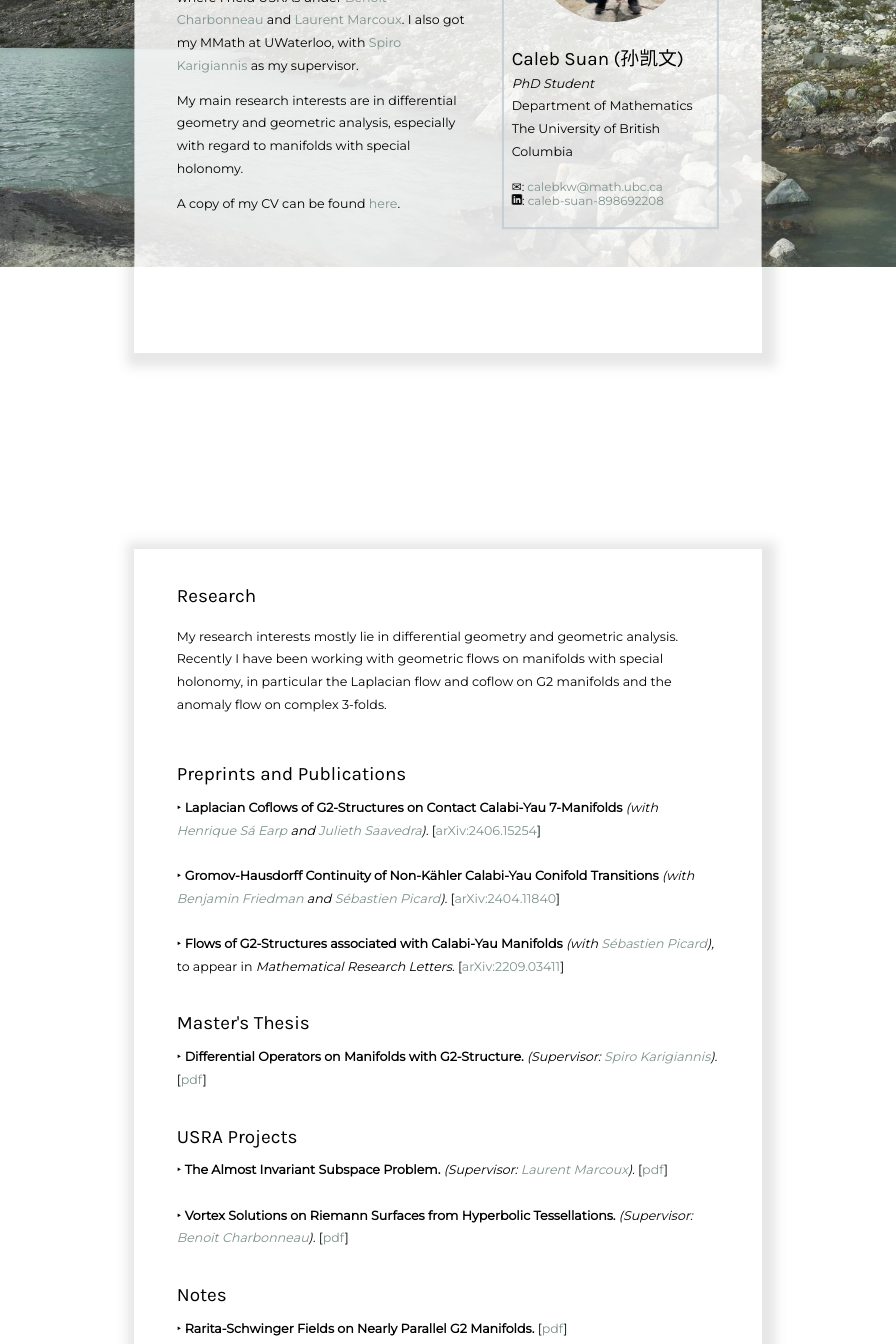
Repository: calebsuan/calebsuan.github.io
Page: index.html
An editor plug-in stored every save of this project. The page is shown before and after the next save, followed by the edit.
The browser window is 1280 px wide. The pictures show the part of the page from y = 339 to 2259 px (the page is 4128 px tall), at 70% of full size.

Above is the page before, as saved 2024-06-30 02:11:37.

### index.html
<!DOCTYPE html>
<html lang="en">
<head>
    <meta charset="UTF-8">
    <meta http-equiv="X-UA-Compatible" content="IE=edge">
    <meta name="viewport" content="width=device-width, initial-scale=1.0">
    <link rel="stylesheet" href="index.css">
    <title>Caleb Suan</title>
    <link rel="icon" type="image/x-icon" href="Duck.png">
</head>


<body>

    <div class="rect">

    </div>

    <div class="background">

        <img src="BI2.jpg" alt="Background" width="auto" height="100%">

    </div>


    <menu>

        <a class="Head3" id="aboutmenu" href="#about">

            About

        </a>

        <a class="Head3" id="researchmenu" href="#research">

            Research

        </a>

        <a class="Head3" id="othermenu" href="#other">

            Other

        </a>

    </menu>


    <div class="midContainer">

        <about class="center" id="about">

            <div class="gap">

            </div>

            <div class ="inner">

                <div class="rightbox sidePanel">

                    <div class="picborder">

                        <img src="PP.jpg" alt="Snoop Snop" width="100%" height="auto">

                    </div>

                    </br>

                    <div class="wordbox Head3">

                        <div class="Head1">

                            Caleb Suan (孙凯文)

                        </div>

                        <div class="Head2">

                            <i>PhD Student</i>

                            </br>

                        </div>

                        <div class="Head4">

                            Department of Mathematics

                            </br>

                            The University of British Columbia

                            </br>
                        </div>

                        </br>

                        &#x2709;:
                        <a href="mailto:calebkw@math.ubc.ca">calebkw@math.ubc.ca</a>

                        <br>

                        <img src="LI.png" alt="LinkedIn Logo" width="14.75vw" height="100%">:
                        <a href="https://www.linkedin.com/in/caleb-suan-898692208/" target="_blank">caleb-suan-898692208</a>

                    </div>

                </div>


                <div class="leftbox Head4">

                    <div class="Head1">

                        About Me

                    </div>

                    <p>

                        I am a PhD student studying mathematics at the University of British Columbia under the supervision of
                        <a href="https://personal.math.ubc.ca/~spicard/" target="_blank">S&eacute;bastien Picard</a>.
                        I obtained my BMath from the University of Waterloo, where I held USRAs under
                        <a href="http://www.math.uwaterloo.ca/~bcharbon/" target="_blank">Benoit Charbonneau</a> and
                        <a href="http://www.math.uwaterloo.ca/~lwmarcou/" target="_blank">Laurent Marcoux</a>.
                        I also got my MMath at UWaterloo, with
                        <a href="https://www.math.uwaterloo.ca/~karigian/index.html" target="_blank">Spiro Karigiannis</a> as my supervisor.

                    </p>

                    <p>

                        My main research interests are in differential geometry and geometric analysis, especially with regard to manifolds with special holonomy.

                    </p>

                    <p>

                        A copy of my CV can be found
                        <a href="Caleb_Suan_CV_Jun_2024.pdf" target="_blank">here</a>.

                    </p>


                </div>

            </div>

        </about>


        <research class="center" id="research">

            <div class="gap">

            </div>

            <div class="inner">

                <div class ="wordbox Head4">

                    <div class="Head1">

                        Research

                    </div>

                    <p>

                        My research interests mostly lie in differential geometry and geometric analysis.
                        Recently I have been working with geometric flows on manifolds with special holonomy, in particular the Laplacian flow and coflow on G2 manifolds and the anomaly flow on complex 3-folds.

                    </p>

                    </br>

                    <div class="pubs">

                        <div class="Head1">

                            Preprints and Publications

                        </div>

                        <div class="item">

                            &#8227; <b>Laplacian Coflows of G2-Structures on Contact Calabi-Yau 7-Manifolds</b> <i>(with
                            <a href="https://www.ime.unicamp.br/~hqsaearp/" target="_blank">Henrique S&aacute; Earp</a> and
                            <a href="https://sites.google.com/view/website-julieth-saavedra" target="_blank">Julieth Saavedra</a>).</i>
                            [<a href="https://arxiv.org/abs/2406.15254" target="_blank">arXiv:2406.15254</a>]

                        </div>

                        </br>

                        <div class="item">

                            &#8227; <b>Gromov-Hausdorff Continuity of Non-K&auml;hler Calabi-Yau Conifold Transitions</b> <i>(with
                            <a href="https://personal.math.ubc.ca/~benji/" target="_blank">Benjamin Friedman</a> and
                            <a href="https://personal.math.ubc.ca/~spicard/" target="_blank">S&eacute;bastien Picard</a>).</i>
                            [<a href="https://arxiv.org/abs/2404.11840" target="_blank">arXiv:2404.11840</a>]

                        </div>

                        </br>

                        <div class="item">

                            &#8227; <b>Flows of G2-Structures associated with Calabi-Yau Manifolds</b> <i>(with
                            <a href="https://personal.math.ubc.ca/~spicard/" target="_blank">S&eacute;bastien Picard</a>),</i> to appear in <i>Mathematical Research Letters</i>.
                            [<a href="https://arxiv.org/abs/2209.03411" target="_blank">arXiv:2209.03411</a>]

                        </div>

                    </div>

                    </br>

                    <div class="pubs">

                        <div class="Head1">

                            Master's Thesis

                        </div>

                        <div class="item">

                            &#8227; <b>Differential Operators on Manifolds with G2-Structure.</b> <i>(Supervisor:
                            <a href="https://www.math.uwaterloo.ca/~karigian/index.html" target="_blank">Spiro Karigiannis</a>).</i>
                            [<a href="Differential Operators on Manifolds with G2-Structure.pdf" target="_blank">pdf</a>]

                        </div>

                    </div>

                    </br>

                    <div class="pubs">

                        <div class="Head1">

                            USRA Projects

                        </div>

                        <div class="item">

                            &#8227; <b>The Almost Invariant Subspace Problem.</b> <i>(Supervisor:
                            <a href="http://www.math.uwaterloo.ca/~lwmarcou/" target="_blank">Laurent Marcoux</a>).</i>
                            [<a href="The Almost Invariant Subspace Problem.pdf" target="_blank">pdf</a>]

                        </div>

                        </br>

                        <div class="item">

                            &#8227; <b>Vortex Solutions on Riemann Surfaces from Hyperbolic Tessellations.</b> <i>(Supervisor:
                            <a href="http://www.math.uwaterloo.ca/~bcharbon/" target="_blank">Benoit Charbonneau</a>).</i>
                            [<a href="Vortex Solutions on Riemann Surfaces from Hyperbolic Tessellations.pdf" target="_blank">pdf</a>]

                        </div>

                    </div>

                    </br>

                    <div class="pubs">

                        <div class="Head1">

                            Notes

                        </div>

                        <div class="item">

                            &#8227; <b>Rarita-Schwinger Fields on Nearly Parallel G2 Manifolds.</b>
                            [<a href="Rarita_Schwinger Fields on Nearly Parallel G2 Manifolds.pdf" target="_blank">pdf</a>]

                        </div>

                    </div>

                    </br>

                    <div class="pubs">

                        <div class="Head1">

                            Talks

                        </div>

                        <div class="item">

                            &#8227; <b>Gromov-Hausdorff Continuity of Non-K&auml;hler Calabi-Yau 3-Folds.</b>
                            <a href="https://www.crmath.ca/en/activities/#/type/activity/id/3894" target="_blank">CRM Workshop: Special Riemannian Geometries in Dimensions 6, 7, 8.</a>
                            [<a href="CRM_Talk.pdf" target="_blank">Slides</a>]

                        </div>

                        </br>

                        <div class="item">

                            &#8227; <b>Flows of G2 Structures associated to Calabi-Yau Manifolds.</b>
                            <a href="https://generalizedricciflow.wordpress.com/" target="_blank">UC-Irvine Generalized Ricci Flow Learning Seminar</a>
                            [<a href="https://www.youtube.com/watch?v=NHWo60-CuSs" target="_blank">Video</a>,
                            <a href="UC_I_GRF_Learning_Seminar_Talk.pdf" target="_blank">Slides</a>]

                        </div>

                        </br>

                        <div class="item">

                            &#8227; <b>Flows of G2 Structures associated to Calabi-Yau Manifolds.</b>
                            <a href="https://www.birs.ca/events/2023/5-day-workshops/23w5006" target="_blank">BIRS Workshop: Spinorial and Octonionic Aspects of G2 and Spin(7) Geometry.</a>
                            [<a href="https://www.birs.ca/events/2023/5-day-workshops/23w5006/videos/watch/202305311100-Suan.html" target="_blank">Video</a>,
                            <a href="BIRS_Talk.pdf" target="_blank">Slides</a>]

                        </div>

                    </div>

                </div>

            </div>

        </research>


        <other class="center" id="other">

            <div class="gap">

            </div>

            <div class="inner">

                <div class ="wordbox Head4">

                    <div class="Head1">

                        Other

                    </div>

                    <p>

                        I do other things, like bouldering and playing way too many board games.

                    </p>

                    <div class="pubs">

                        <div class="Head1">

                            Some Board Games I Like

                        </div>

                        <div class="item">

                            <p>

                                &#8227; Arkham Horror: The Card Game

                            </p>

                            <p>

                                &#8227; Brass: Birmingham

                            </p>

                            <p>

                                &#8227; Tzolk'in: The Mayan Calendar

                            </p>

                            <p>

                                &#8227; Great Western Trail (Second Edition)

                            </p>

                            <p>

                                &#8227; Tekhenu: Obelisk of the Sun

                            </p>

                            <p>

                                &#8227; Teotihuacan: City of Gods

                            </p>

                            <p>

                                &#8227; Letter Jam

                            </p>

                            <p>

                                &#8227; Spirit Island (with Branch and Claw and Jagged Earth Expansions)

                            </p>

                            <p>

                                &#8227; Neta-Tanka

                            </p>

                            <p>

                                &#8227; Sidereal Confluence: Trading and Negotiation in the Elysian Quadrant

                            </p>

                        </div>

                    </div>

                    <div class="pubs">

                        <div class="Head1">

                            Links

                        </div>

                        <div class="item">

                            BoardGameGeek: <a href="https://boardgamegeek.com/user/caleskws" target="_blank">caleskws</a>

                        </div>

                    </div>

                </div>

            </div>

        </other>

        <div class="footr Head5">

            &#129414; &#x1F9A5; &#x1F9A6; &#x1F994;

            <br>

            Website designed by Caleb Suan and Amy Tan

            <br>

            Last Updated on June 26, 2024 by Caleb Suan

        </div>

    </div>

</body>

</html>

### index.css
@import url('https://fonts.googleapis.com/css2?family=Karla:ital,wght@0,400;0,500;1,400&display=swap');
@import url('https://fonts.googleapis.com/css2?family=Montserrat&display=swap');

*{
    overflow-x: hidden;
}

html {
    scroll-behavior: smooth;
  }


body{
    margin: 0px;
    font-family: 'Montserrat', sans-serif;
}

.rect{
    width: 100%;
    overflow-x: hidden;
    top: 0px;
    height: 60px;
    position: fixed;
    background-color:#000000d3;
    z-index: 5;
    opacity: 0%;
}


.background{
    height:100%;
    width:auto;
    position:fixed;
    opacity: 90%;
}

.left {

    right: none;
    left: 0px;

}

.right {

    right: 0px;
    left: none;

}

.rightbox{
    width: 36.5%;
    height: auto;
    right: 3.5%;
    position: relative;
    float: right;
}
.leftbox{
    width: 49.5%;
    height: auto;
    left: 3.5%;
    position: relative;
    float: left;
}

.Container {

    margin: 0px;
    padding-top: 70px;
    height: 100%;

    width: 18vw;
    position: fixed;
    color:aliceblue;

    z-index: 7;

}

.midContainer {

    display: block;
    height: auto;
    width: 70%;

    margin-left: auto;
    margin-right: auto;
    position: relative;

    overflow-x: visible;

}

/* font size big (1) to small (4)*/
.Head1{

    font-size: 27px;
    font-family: 'Karla', sans-serif;
    margin-top: 8px;
    margin-bottom: 8px;
}

.Head2{

    font-size:18px;
    margin-top: 5px;
    margin-bottom: 5px;

}

.Head3{

    font-size: 17px;
    margin-top: 3px;
    margin-bottom: 3px;

}

.Head4{

    font-size: min(max(2vw,12px),18px);
    margin-top: 3px;
    margin-bottom: 3px;
    font-family: 'Montserrat', sans-serif;
    line-height: 1.8;

}

.Head5{

    font-size: min(max(2vw,9.5px),18px);
    margin-top: 3px;
    margin-bottom: 3px;
    font-family: 'Montserrat', sans-serif;
    line-height: 1.8;

}

/* components */

menu{
    position: fixed;
    z-index: 7;
}

menu a{
    display: block;
    width: 100px;
    height: 20px;
    padding: 10px;
    color: #323f3c;
    text-align: center;
    position: absolute;
}

menu a:link{
    text-decoration: none;
}
menu a:visited{
    text-decoration: none;
}
menu a:hover{
    text-decoration: none;
}
menu a:active{
    text-decoration: none;
}

menu a:hover{
    color: #85745a;
    opacity: 100%;
}

#aboutmenu{
    top: 95px;
    right: 85vw;
    position: fixed;
}

#researchmenu{
    top: 135px;
    right: 85vw;
    position: fixed;
}

#othermenu{
    top: 175px;
    right: 85vw;
    position: fixed;
}


.center{
    margin-left: auto;
    margin-right: auto;
    width: 100%;
    height: auto;
    min-height: 700px;
    position: relative;
}

.inner{
    display: block;
    margin-left: auto;
    margin-right: auto;
    height: auto;
    min-height: 700px;
    position: relative;
    padding: 3.5% 3.5% 3.5% 3.5%;
    background-color: rgba(255, 255, 255, 0.856);
    margin-bottom: 200px;
    box-shadow: 5px 5px 15px 15px rgba(94, 89, 89, 0.144);
}

.inner a:link{
    color: #7f928d;
    text-decoration: none;
}
.inner a:visited{
    color: #85745a;
    text-decoration: none;
}
.inner a:hover{
    color: #17240efa;
    text-decoration: none;
}
.inner a:active{
    text-decoration: none;
}

.picborder{
    display: block;
    min-width: 200px;
    min-height: 200px;
    max-width: 320px;
    max-height: 320px;
    width: 18vw;
    height: 18vw;
    overflow: hidden;
    margin-left: auto;
    margin-right: auto;
    border-radius: 50%;
    z-index: 4;
}

.wordbox{
    position: relative;
    width: 93%;
    padding-left: 3.5%;
    padding-right: 3.5%;
    height: auto;
}

.sidePanel{
    border-style: solid;
    border-color:#c2ccd5d7;
    border-width: 3px;
    padding-top: 2vw;
    padding-bottom: 2vw;
}

.gap {
    min-height: 80px;
    width: 100%;
    position: relative;
    opacity:0%;
    z-index: 0;
}


.footr{
    width: 100%;
    overflow-x: hidden;
    height: auto;
    margin-bottom: 30px;
    position: relative;
    background-color:#a7b8bf00;
    z-index: 5;
    color: #e7dfd4;
    text-align: center;
}


/* ------------------------------------------------


RESPONSIVE LAYOUT



--------------------------------------------------*/

@media only screen and (max-width: 1000px) {


    .rect{
        opacity: 100%;
        z-index: 5;
    }

    .rightbox{
        display: block;
        float: none;
        width: 93%;
        left: 0px;
        right: 0px;
        margin-left: auto;
        margin-right: auto;
    }
    .leftbox{
        float: left;
        width: 93%;
    }

    .Container {
        margin: 0px;
        padding-top: 70px;
        height: 100%;
        background-color: #17240e00;
        width: 8vw;
        position: fixed;
        color:aliceblue;
        z-index: 5;
        overflow: visible;
    }

    .midContainer {

        width: 80%;


    }

    /* components */

    menu a{
        display: block;
        width: 70px;
        color: white;
        text-align: center;
        position: absolute;
        font-size: min(0.5vw, 20px);
        z-index: 7;
    }

    menu a:link{
        text-decoration: none;
    }
    menu a:visited{
        text-decoration: none;
    }
    menu a:hover{
        text-decoration: none;
    }
    menu a:active{
        text-decoration: none;
    }

    menu a:hover{
        color: #85745a;
        opacity: 100%;
    }

    #aboutmenu{
        top: 10px;
        left: 14vw;
        position: fixed;
    }

    #researchmenu{
        top: 10px;
        left: 24vw;
        position: fixed;
    }

    #othermenu{
        top: 10px;
        left: 34vw;
        position: fixed;
    }


    .inner{
        padding: 3.5% 3.5% 3.5% 3.5%;
    }

    .picborder{
        display: block;
        min-width: 200px;
        min-height: 200px;
        max-width: 320px;
        max-height: 320px;
        width: 26vw;
        height: 26vw;
        overflow: hidden;
        border-radius: 50%;
        position:absolute;
        right: 3.5%;
    }

    .wordbox{
        display: block;
        position: relative;
        height: auto;
    }

    .sidePanel{
        border-style: solid;
        border-color:#c2ccd5d7;
        border-width: 3px;
        padding-top: 2vw;
        padding-bottom: 2vw;
        max-height: 320px;
        min-height: 220px;
        height: 26vw;
    }

    .gap {
        min-height: 120px;
    }


}



/*-----------------------------------------------------

Mobile Responsive

-----------------------------------------------------*/

@media only screen and (max-width: 760px) {


    .rect{
        opacity: 0%;
    }

    .Container {
        background-color: #17240efa;
        width: 0vw;
    }

    .midContainer {

        width: 80%;


    }

    .picborder{
        left: 0px;
        right: 0px;
        position: relative;
        height: 40vw;
        width: 40vw;
        margin-top: 2vw;
        margin-left: auto;
        margin-right: auto;
        max-height: 200px;
        max-width: 200px;
    }

    .wordbox{
        position: relative;
    }


    .sidePanel{
        border-style: solid;
        border-color:#c2ccd5d7;
        border-width: 3px;
        padding-top: 2vw;
        padding-bottom: 2vw;
        max-height: 500px;
        min-height: 420px;
        height: 60vw;
        max-width: 80vw;
    }


    menu a{
        display: block;
        width: 8vw;
        padding: 10px;
        margin: 3px;
        color:#17240efa;
        text-align: right;
        position: absolute;
        margin-right: 1px;
        margin-left: auto;
        background-color: rgba(255, 255, 255, 0);
        padding-top: 30px;
        padding-bottom: 30px;
        left: -15px;
        font-size: min(0.5vw, 20px);
        opacity: 0%;
    }

    menu a:link{
        text-decoration: none;
    }
    menu a:visited{
        text-decoration: none;
    }
    menu a:hover{
        text-decoration: none;
    }
    menu a:active{
        text-decoration: none;
    }

    menu a:hover{
        color: #85745a;
        opacity: 0%;
    }

    .gap{
        min-height: 30px;
        height: 30px;
        width: 100%;
    }

    .inner{
        margin-bottom: 40px;
    }


}

After the next save:
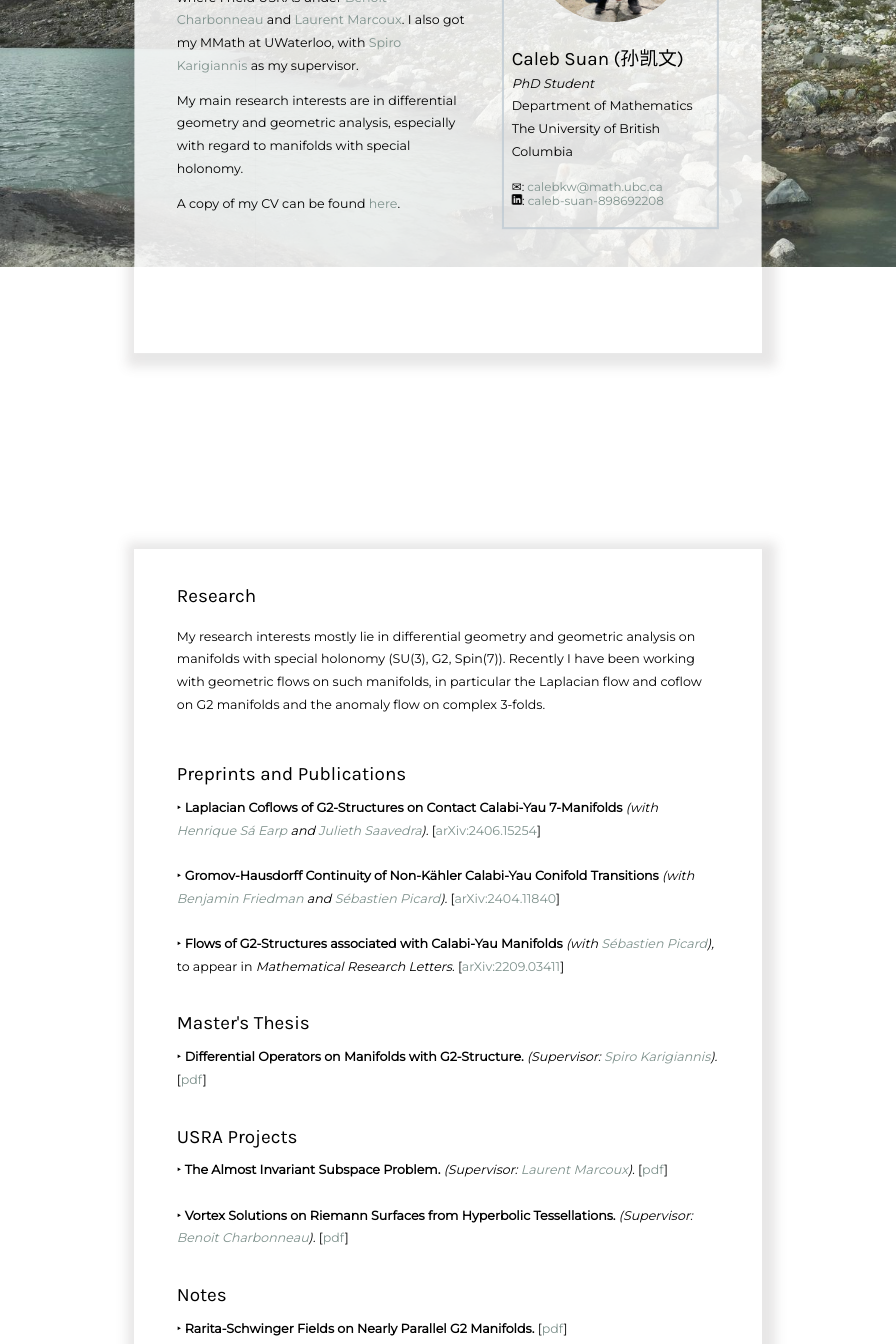
Saved 76 s later.
--- a/index.html
+++ b/index.html
@@ -167,8 +167,8 @@
 
                     <p>
 
-                        My research interests mostly lie in differential geometry and geometric analysis.
-                        Recently I have been working with geometric flows on manifolds with special holonomy, in particular the Laplacian flow and coflow on G2 manifolds and the anomaly flow on complex 3-folds.
+                        My research interests mostly lie in differential geometry and geometric analysis on manifolds with special holonomy (SU(3), G2, Spin(7)).
+                        Recently I have been working with geometric flows on such manifolds, in particular the Laplacian flow and coflow on G2 manifolds and the anomaly flow on complex 3-folds.
 
                     </p>
 
